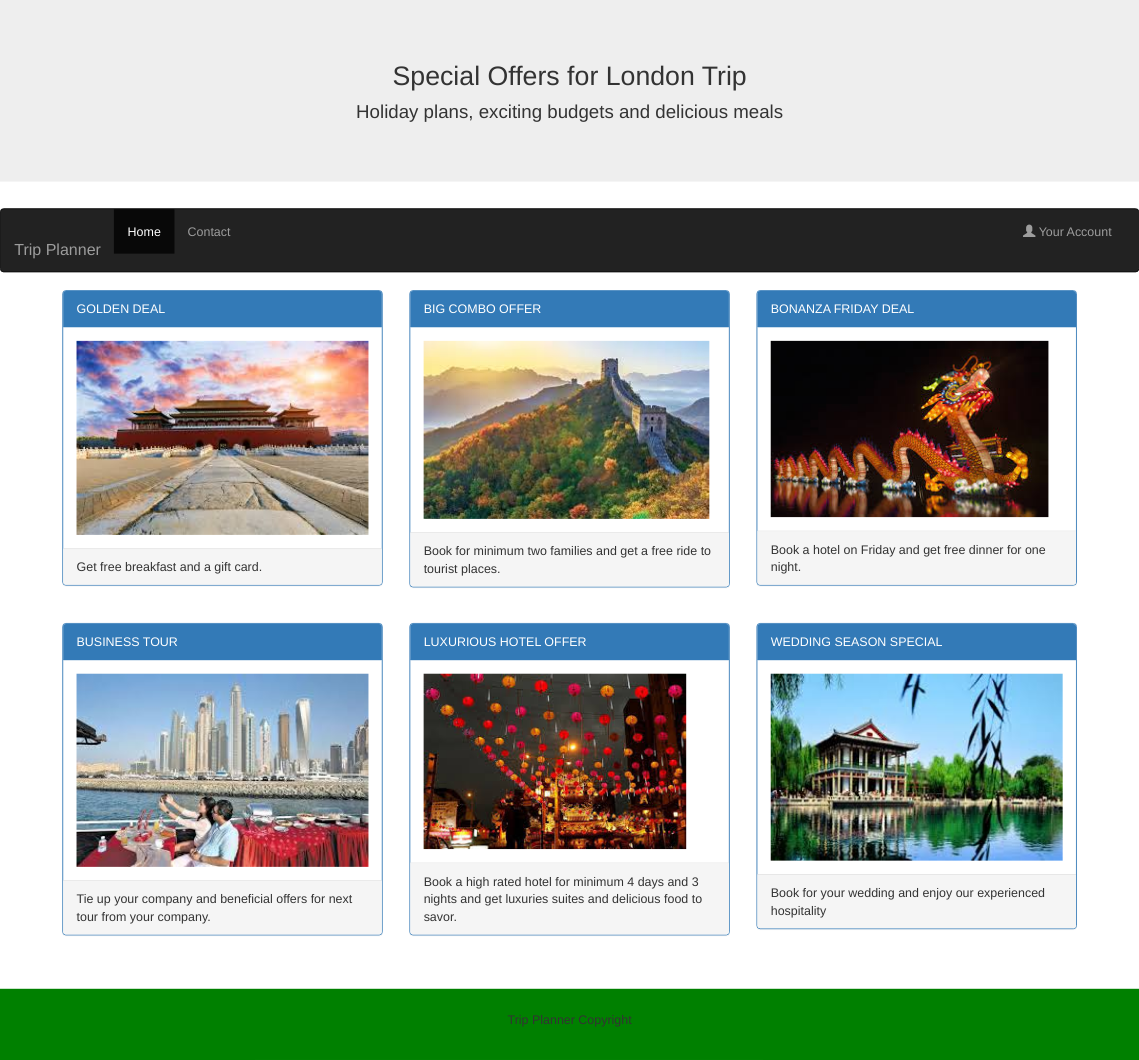
Repository: NanSin21/Mytourism-Website
Page: http://localhost/toursandtravelsmanagement/TripPlaces/CustomerChina.jsp
The author's editor kept a copy of each file at every save. The page is drawn from the files as they stood at one save, then again after the next save.
The browser window is 1280 px wide. The pictures show the whole page, at 89% of full size.
The page is served by Tomcat 9. Other server files are loaded and not shown.

Above is the page before, as saved 2018-07-25 07:12:16.

### toursandtravelsmanagement/WebContent/TripPlaces/CustomerChina.jsp
<%@ page language="java" contentType="text/html; charset=ISO-8859-1"
    pageEncoding="ISO-8859-1"%>
<!DOCTYPE html PUBLIC "-//W3C//DTD HTML 4.01 Transitional//EN" "http://www.w3.org/TR/html4/loose.dtd">
<html>
<head>
<meta http-equiv="Content-Type" content="text/html; charset=ISO-8859-1">
<title>China Trip Package</title>
<!-- <meta charset="utf-8"> -->
  <meta name="viewport" content="width=device-width, initial-scale=1">
  <link rel="stylesheet" href="https://maxcdn.bootstrapcdn.com/bootstrap/3.3.7/css/bootstrap.min.css">
  <script src="https://ajax.googleapis.com/ajax/libs/jquery/3.3.1/jquery.min.js"></script>
  <script src="https://maxcdn.bootstrapcdn.com/bootstrap/3.3.7/js/bootstrap.min.js"></script>
  <style>
  .navbar{
  margin-nottom= 50px;
  border-radius= 0;
  }
  .jumbotron{
   margin-bottom= 0;
   }
   footer{
   background: green;
   padding: 25px;
   }
   </style>
</head>
<body>

<div class="jumbotron">
  <div class="container text-center">
   <h2>Special Offers for London Trip</h2>
     <p>Holiday plans, exciting budgets and delicious meals</p>
  </div>
</div>

<nav class="navbar navbar-inverse">
  <div class="container-fluid">
      <div class="navbar-header">
        <button type="button" class="navbar-toggle" data-toggle="collapse" data-target="#myNavbar">
        <span class="icon-bar"></span>
        <span class="icon-bar"></span>
        <span class="icon-bar"></span>
        </button>
        <h1><a class="navbar-brand" href="CustomerHome.jsp">Trip Planner</a></h1>
      </div>
      <div class="collapse navbar-collapse" id="myNavbar">
      <ul class="nav navbar-nav">
        <li class="active"><a href="TripPlaces/CustomerLondon.jsp">Home</a></li>
       <!--  <li><a href="registration.jsp">Register</a></li>
        <li><a href="login.jsp">Login</a></li> -->
        <li><a href="contact.jsp">Contact</a></li>
      </ul>
      <ul class="nav navbar-nav navbar-right">
        <li><a href="profile.jsp"><span class="glyphicon glyphicon-user"></span> Your Account</a></li>
       <!--  <li><a href="budget.html">Budget Details</a></li> -->
      <!--   <li><a href="#"><span class="glyphicon glyphicon-shopping-cart"></span> Cart</a></li> -->
      </ul>
    </div>
  </div>
</nav>


   <div class="container">
  <div class="row">
    <div class="col-sm-4">
      <div class="panel panel-primary">
        <div class="panel-heading">GOLDEN DEAL</div>
        <div class="panel-body"><img src="images/download.jpeg" class="img-responsive" style="width:100%" alt="Image"></div>
        <div class="panel-footer">Get free breakfast and a gift card.</div>
      </div>
    </div>
    <div class="col-sm-4">
      <div class="panel panel-primary">
        <div class="panel-heading">BIG COMBO OFFER</div>
        <div class="panel-body"><img src="images/download (1).jpeg" class="img-responsive" style="width:98%" alt="Image"></div>
        <div class="panel-footer">Book for minimum two families and get a free ride to tourist places.</div>
      </div>
    </div>
    <div class="col-sm-4">
      <div class="panel panel-primary">
        <div class="panel-heading">BONANZA FRIDAY DEAL</div>
        <div class="panel-body"><img src="images/download (2).jpeg" class="img-responsive" style="width:95%" alt="Image"></div>
        <div class="panel-footer">Book a hotel on Friday and get free dinner for one night.</div>
      </div>
    </div>
  </div>
</div><br>

<div class="container">
  <div class="row">
    <div class="col-sm-4">
      <div class="panel panel-primary">
        <div class="panel-heading">BUSINESS TOUR</div>
        <div class="panel-body"><img src="images/restaurant.jpeg" class="img-responsive" style="width:100%" alt="Image"></div>
        <div class="panel-footer">Tie up your company and beneficial offers for next tour from your company.</div>
      </div>
    </div>
    <div class="col-sm-4">
      <div class="panel panel-primary">
        <div class="panel-heading">LUXURIOUS HOTEL OFFER</div>
        <div class="panel-body"><img src="images/festival.jpeg" class="img-responsive" style="width:90%" alt="Image"></div>
        <div class="panel-footer">Book a high rated hotel for minimum 4 days and 3 nights and get luxuries suites and delicious food to savor.</div>
      </div>
    </div>
    <div class="col-sm-4">
      <div class="panel panel-primary">
        <div class="panel-heading">WEDDING SEASON SPECIAL</div>
        <div class="panel-body"><img src="images/resort.jpeg" class="img-responsive" style="width:100%" alt="Image"></div>
        <div class="panel-footer">Book for your wedding and enjoy our experienced hospitality</div>
      </div>
    </div>
  </div>
</div><br><br>

<footer class="container-fluid text-center">
  <p>Trip Planner Copyright</p>
 <!--  <form action="LoginServlet" method="post" class="form-inline">Get deals:
    <input type="email" class="form-control" size="50" name="email" placeholder="Email Address">
     <input type="password" placeholder="Enter Password" name="password" required>
    <button type="submit" class="btn btn-danger">Sign Up</button>
  </form> -->
</footer>
</body>
</html>

After the next save:
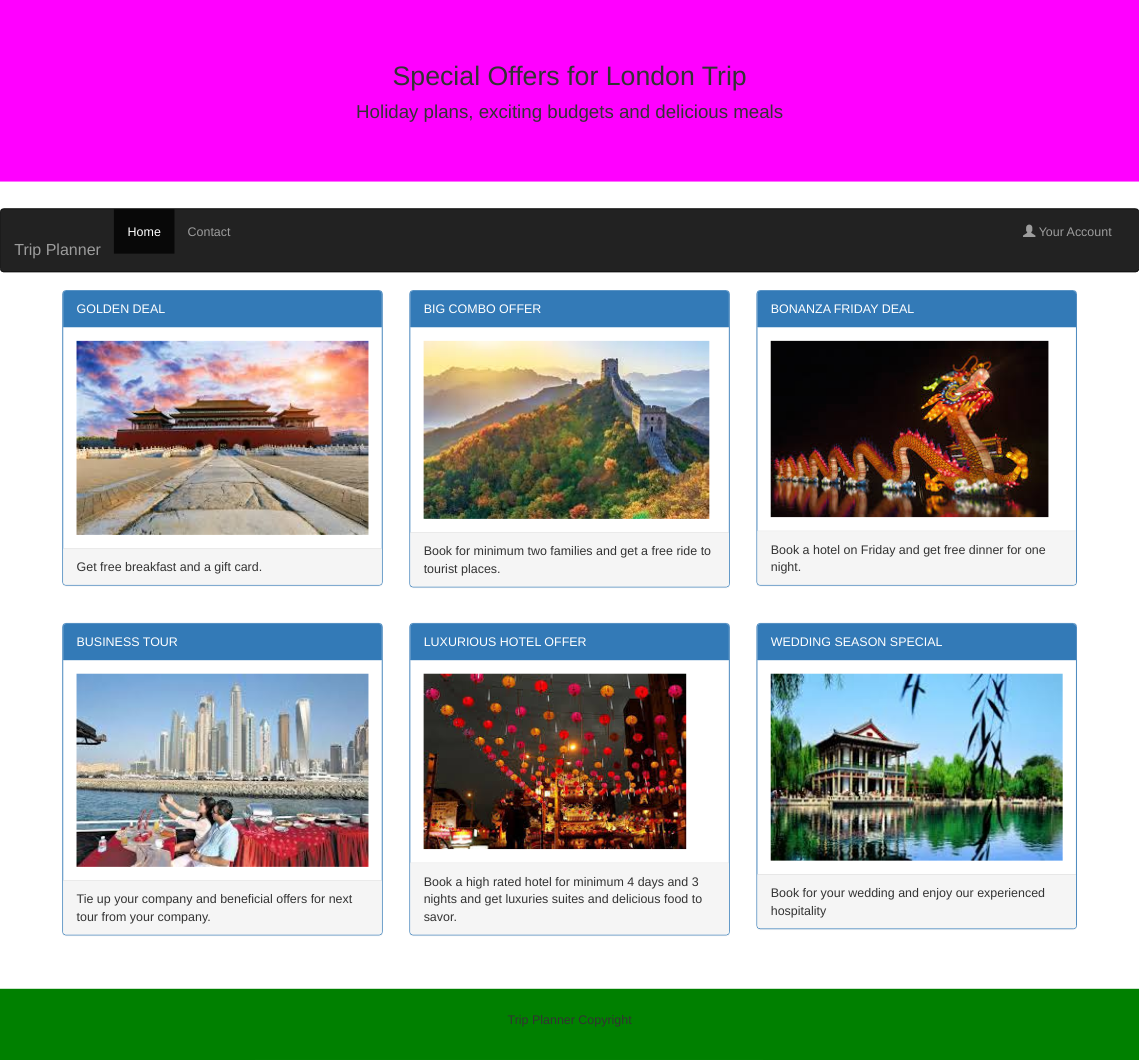
Saved 46 h 29 min later.
--- a/toursandtravelsmanagement/WebContent/TripPlaces/CustomerChina.jsp
+++ b/toursandtravelsmanagement/WebContent/TripPlaces/CustomerChina.jsp
@@ -26,8 +26,8 @@
 </head>
 <body>
 
-<div class="jumbotron">
-  <div class="container text-center">
+<div class="jumbotron" style="background-color: fuchsia;">
+  <div class="container text-center" >
    <h2>Special Offers for London Trip</h2>
      <p>Holiday plans, exciting budgets and delicious meals</p>
   </div>
